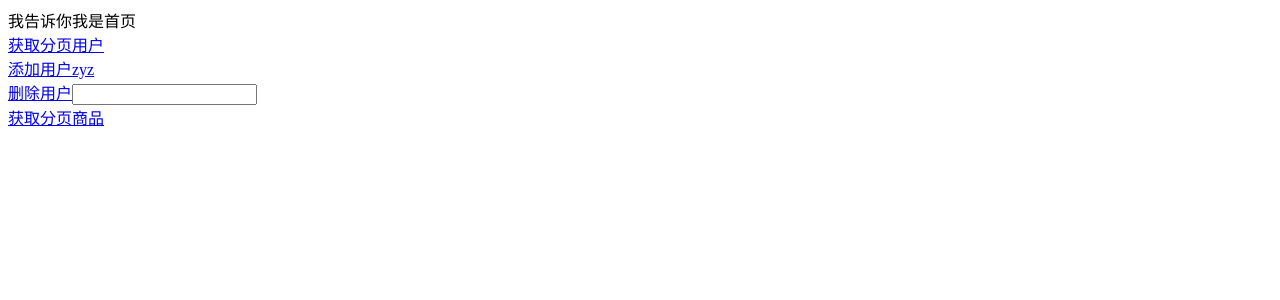
Repository: zyz963272311/testGitHub
Page: http://localhost/Test-SSM-001/
These files come from the project's save history. The page is drawn as it stood at one moment and after the next save; the edit follows.
The browser window is 1280 px wide. The pictures show the whole page.
The page is served by Tomcat 9. Nobody is signed in. The application's start-up code is not run.

Above is the page before, as saved 2017-06-08 12:23:51.

After the next save:
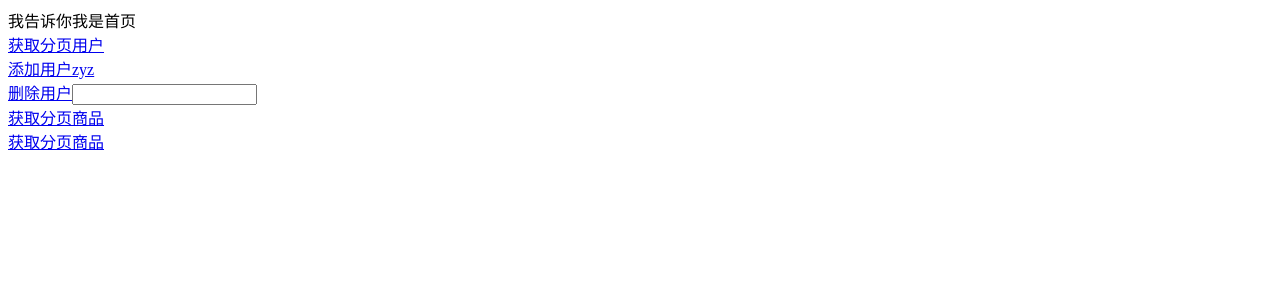
Saved 69 min 47 s later.
--- a/Test-SSM-001/WebContent/index.jsp
+++ b/Test-SSM-001/WebContent/index.jsp
@@ -34,5 +34,7 @@
 <a href="<%=basePath %>user/delete?userid=" onclick="deleteUsr(this)">删除用户</a><input id="deleteUserId"/>
 <br>
 <a href="<%=basePath %>goods/findGoods?pageNumber=1&pageSize=1&price=12">获取分页商品</a>
+<br>
+<a href="<%=basePath %>goods/findGoods?pageNumber=1&pageSize=1&price=12">获取分页商品</a>
 </body>
 </html>
